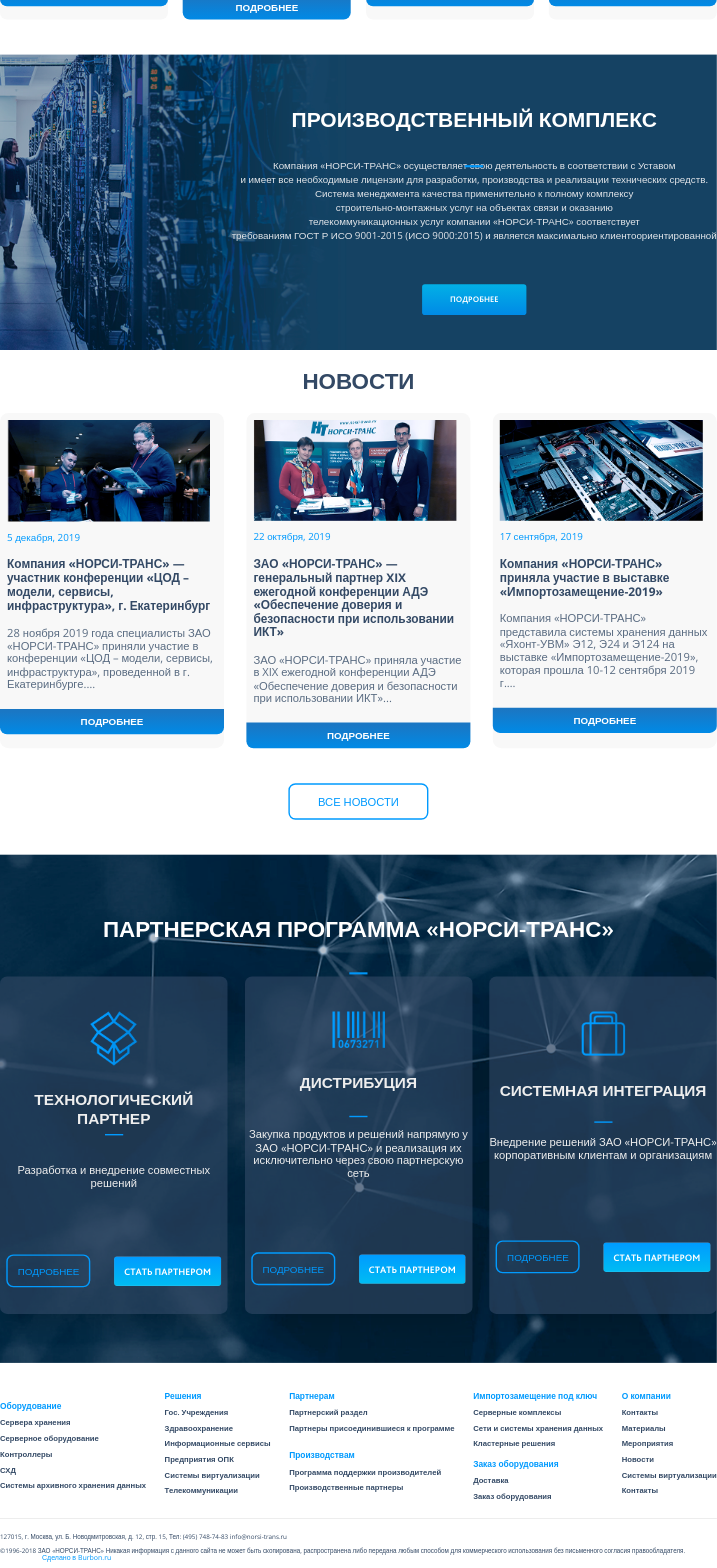
Repository: frostnn/testTaskBurbon
Page: app/index.html
An editor plug-in stored every save of this project. The page is shown before and after the next save, followed by the edit.
The browser window is 1024 px wide. The pictures show the part of the page from y = 1100 to 3340 px (the page is 3340 px tall before and 3338 px after), at 70% of full size.
The style sheet was rebuilt from its Sass, Less or Tailwind sources for each picture, by a compiler version that may differ from the author's.

Above is the page before, as saved 2020-07-16 11:27:13.

After the next save:
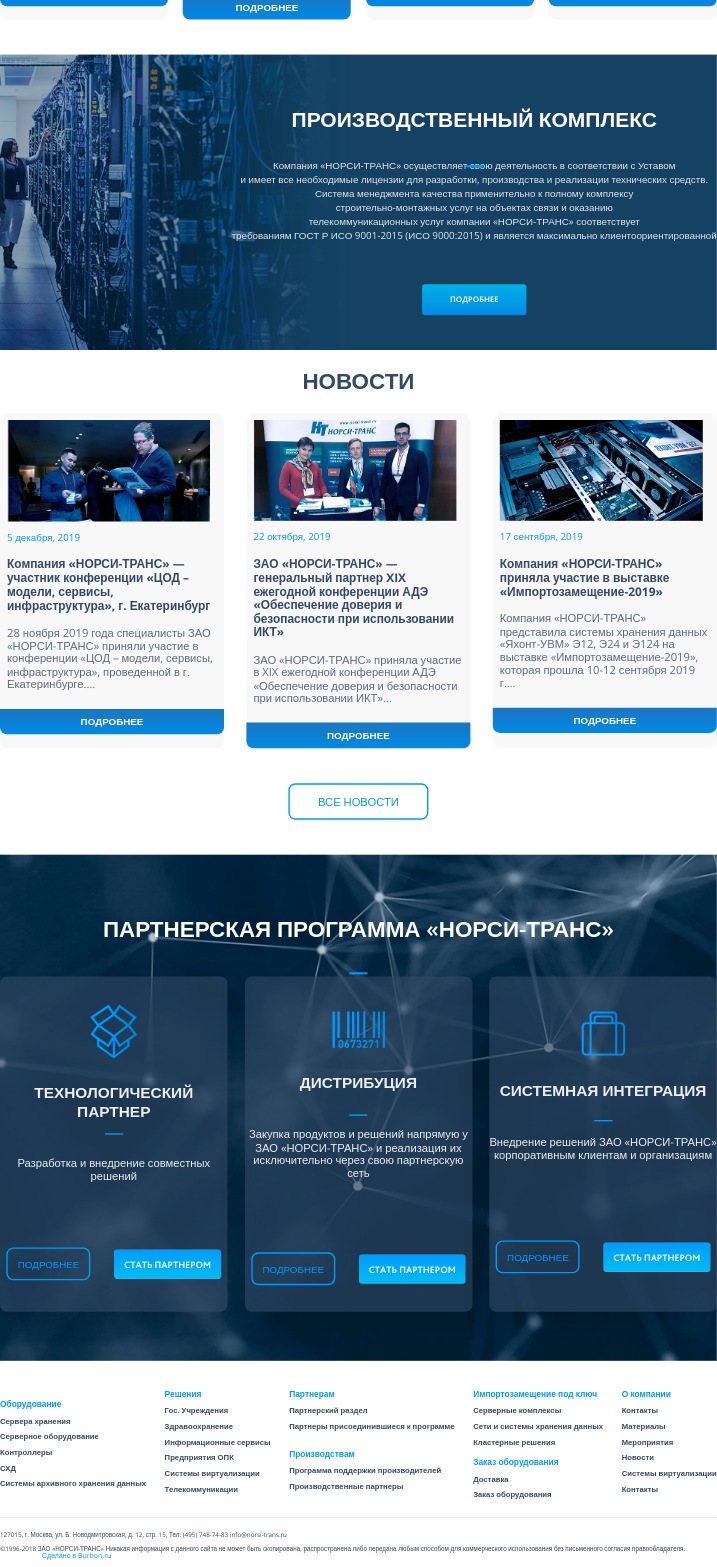
Saved 33 s later.
--- a/app/scss/_media.scss
+++ b/app/scss/_media.scss
@@ -267,8 +267,10 @@
 .program-block:nth-child(1) {
   .program-block__btn {
     margin-top: 20px;
-
-  }
-  }
-
-}
+  }
+  .program-block__img {
+    margin-top: 40px;
+}
+  }
+
+}

After the save that followed:
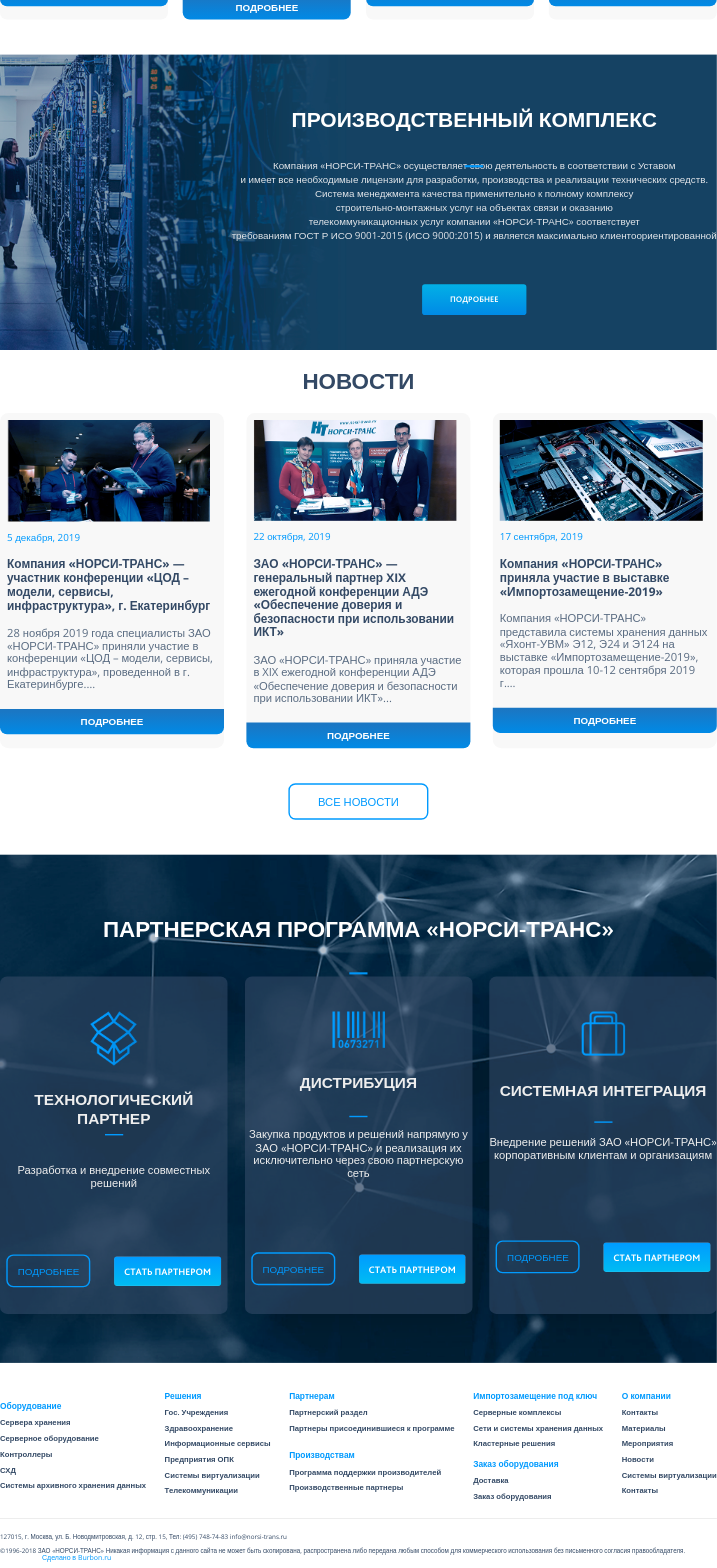
Saved 44 s later.
--- a/app/scss/_media.scss
+++ b/app/scss/_media.scss
@@ -268,9 +268,7 @@
   .program-block__btn {
     margin-top: 20px;
   }
-  .program-block__img {
-    margin-top: 40px;
-}
-  }
-
-}
+
+}
+
+}
